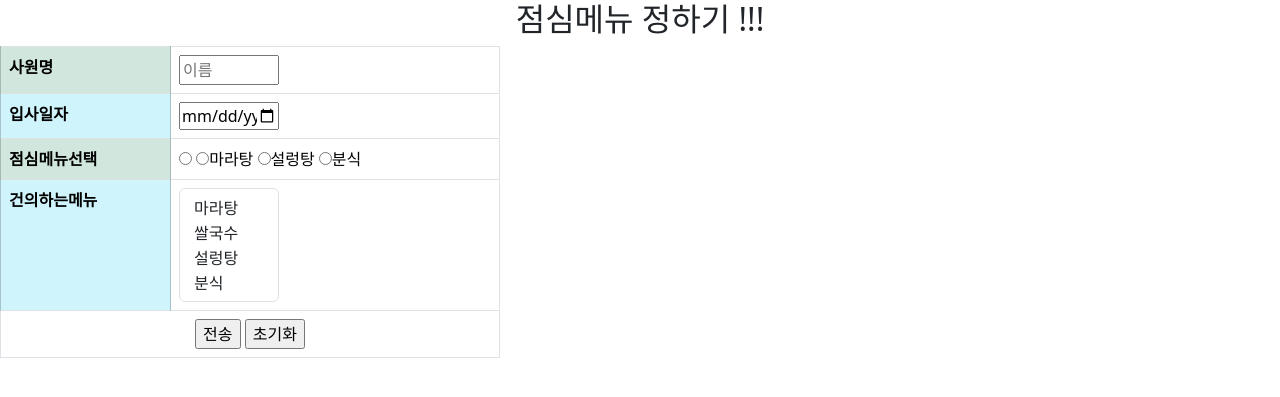
Repository: GANADAG/jspProject
Page: http://localhost/JspProject/day0228_1/qiuzForm_03.jsp
These files come from the project's save history. The page is drawn as it stood at one moment and after the next save; the edit follows.
The browser window is 1280 px wide. The pictures show the whole page.
Some web fonts or font styles are not loaded; a fallback is used. The page is served by Tomcat 9.

Above is the page before, as saved 2024-02-28 07:39:36.

After the next save:
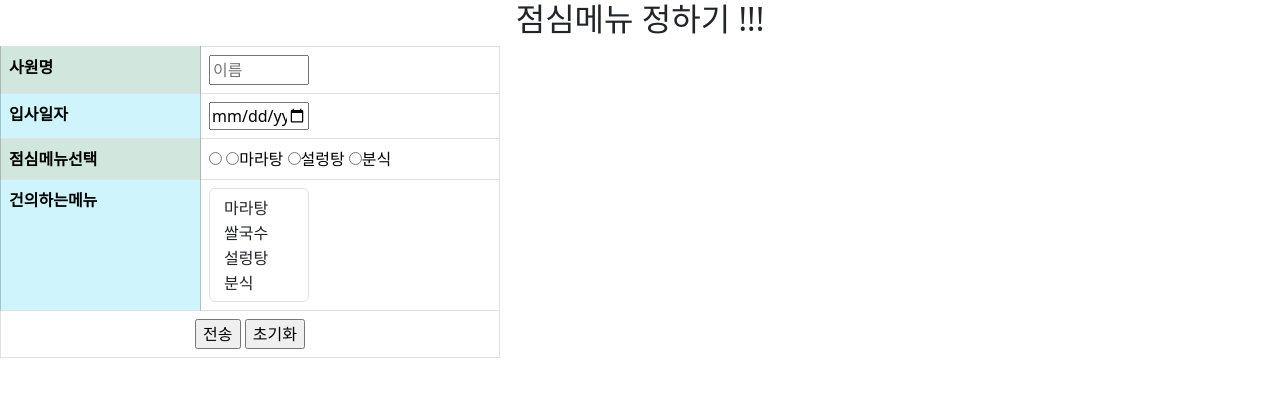
Saved 21 s later.
--- a/JspProject/src/main/webapp/day0228_1/qiuzForm_03.jsp
+++ b/JspProject/src/main/webapp/day0228_1/qiuzForm_03.jsp
@@ -23,7 +23,7 @@
 			</tr>
 
 			<tr>
-				<th width="150" class="table-info">입사일자</th>
+				<th width="200" class="table-info">입사일자</th>
 				<td>
 					<input type="date" name="date" placeholder="입사일자" required="required"
 		 			style="width:100px">

After the save that followed:
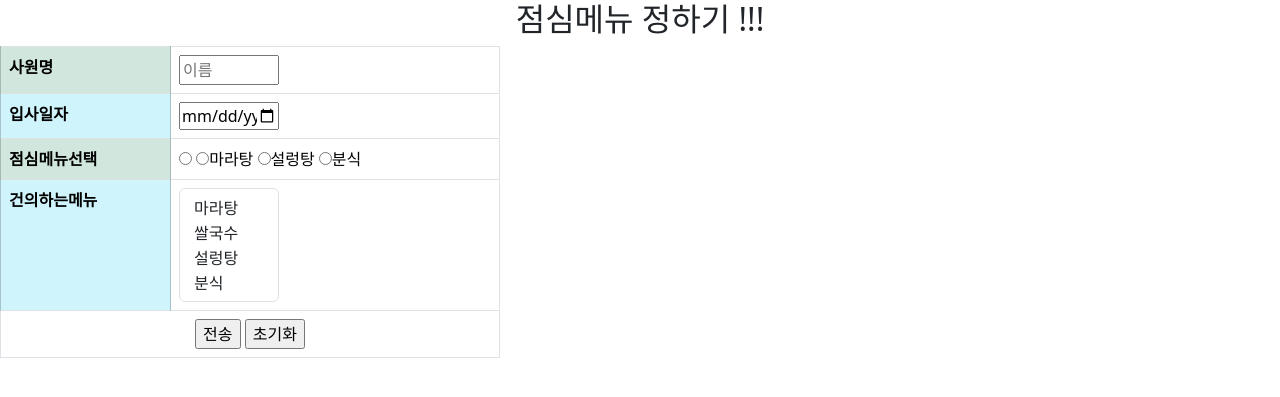
Saved 10 s later.
--- a/JspProject/src/main/webapp/day0228_1/qiuzForm_03.jsp
+++ b/JspProject/src/main/webapp/day0228_1/qiuzForm_03.jsp
@@ -23,7 +23,7 @@
 			</tr>
 
 			<tr>
-				<th width="200" class="table-info">입사일자</th>
+				<th width="150" class="table-info">입사일자</th>
 				<td>
 					<input type="date" name="date" placeholder="입사일자" required="required"
 		 			style="width:100px">
